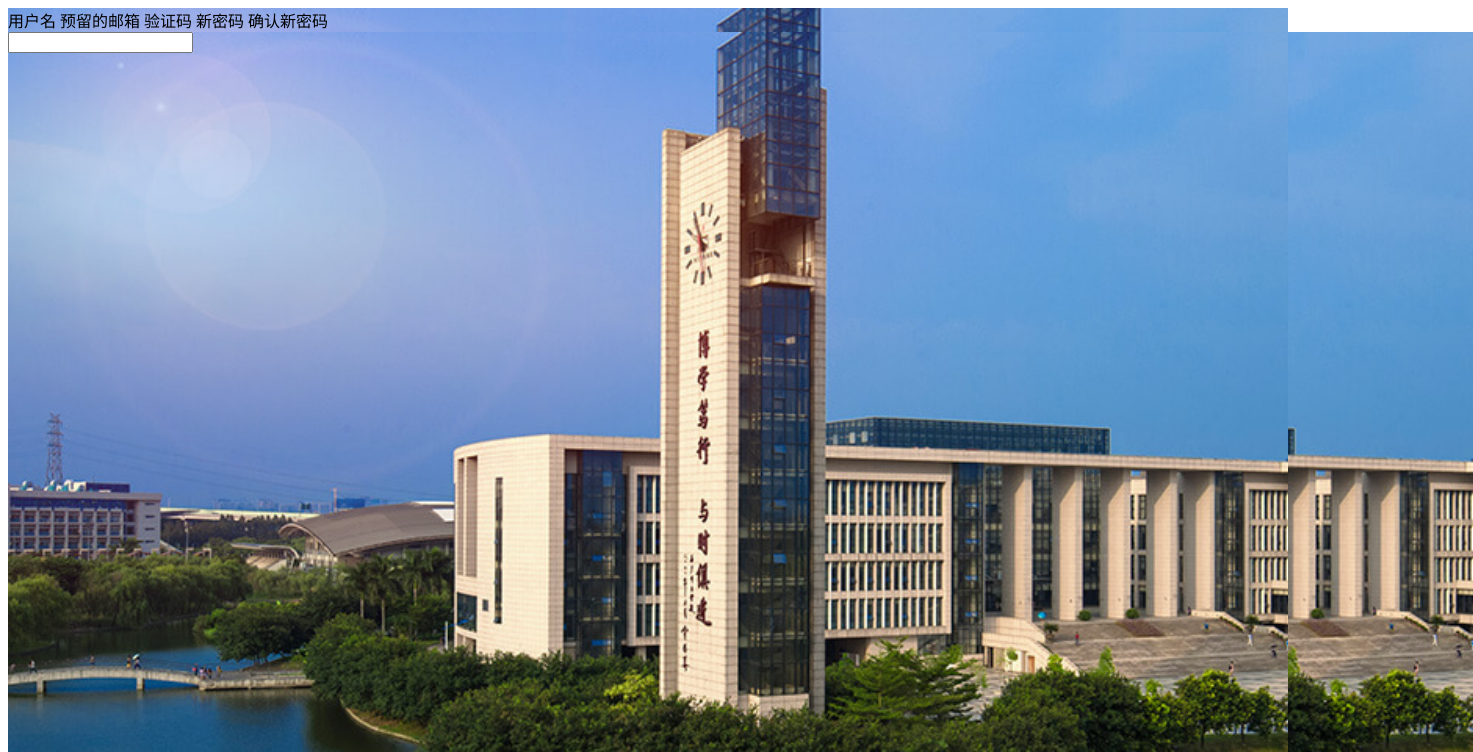
Repository: IAmJiangWenHao/ReportServer
Page: demo.html
An editor plug-in stored every save of this project. The page is shown before and after the next save, followed by the edit.
The browser window is 1280 px wide. The page is 1473 px wide, so the pictures cover 1473 px, including what lies to the right of the window. The pictures show the whole page.

Above is the page before, as saved 2023-05-16 12:29:55.

### demo.html

<!DOCTYPE html>
<html>
  <head>
    <meta http-equiv="Content-Type" content="text/html; charset=UTF-8">
    <title>忘记密码</title>
  </head>
  <body>
    <style>
          div {
      height: 100%;
      width: 100%;
      position: absolute;
      background-image: url('./web/img/gzdx-bg.jpg');
      background-size: cover;
      background-position: center;

    }

    form {
      height: 100%;
    }

    table {
      height: 100%;
      display: flex;
      justify-content: center;
      align-items: center;
    }

    table tbody tr {
      border: 1px solid black;
      margin-bottom: 2px;
      display: flex;
      border-radius: 20px;
      width: auto;
      height: auto;
      padding: 10px;
      font-size: 26px;
      background-color: #fff;
      position: relative;
      justify-content: space-between
    }
    table tbody tr td a{
      color: #000;
      text-decoration:none;
    }
    table tbody tr td input{
      border: 0;
      background-color: #fff;
    }
    </style>

    <div>
      <form action="forgetPass.do" method="post" name="form1" onSubmit="return Check()">
        用户名 <div id="old"><input type="text" name="username" ></div>
        预留的邮箱 <div id="email"><input type="text" name="email" onblur=isEmail(this.value)> <input type="button" id="button" value="获取验证码"></div>
        验证码<div id="emailcode"><input type="text" name="emailCheckcode"  placeholder="输入邮箱中收到的验证码"/></div>
        新密码 <div id="new"><input type="password" id="idnewpass" name="newpass" ><div id="info_newpass" style="color: #ff0000;display:inline;"></div></div>
        确认新密码 <div id="comfirm"><input type="password" id="idconfirmpass" name="confirmpass"></div>
        <input type="hidden" name="index" value="${index}"/>
        <p>
          <input type="submit" id="submit" value="提交">
      </form>
    </div>
    <script>
      //const newpass = document.getElementsByTagName("input")[1];
      const email = document.getElementsByTagName("input")[1];
      function isEmail(strEmail) {
        if (strEmail.search(/^\w+((-\w+)|(\.\w+))*\@[A-Za-z0-9]+((\.|-)[A-Za-z0-9]+)*\.[A-Za-z0-9]+$/) != -1)
          return true;
        else
          alert(email.value + "邮箱格式错误");
      }
      function getAppPath() {
        //获取当前URL
        var curURL = window.document.location.href;
        //获取主机地址之后的路径部分（就是文件地址）
        var pathName = window.document.location.pathname;
        var pos = curURL.indexOf(pathName);
        //获取应用地址
        var host = curURL.substring(0, pos);
        //获取带"/"的应用名，如：/***
        var webAppName = pathName.substring(0, pathName.substr(1).indexOf('/') + 1);
        return host + webAppName;
      }
      //获取button
      const btn = document.getElementById("button");
      //const result=document.getElementById("result");
      //绑定按钮的 click 事件
      btn.onclick = function () {
        if (!isEmail(email.value))
          return false;
        btn.disabled = true;//禁用按钮
        setBTN();
        //1.创建请求对象
        const xhr = new XMLHttpRequest();
        //2.设置请求方法和URL
        xhr.open("post", getAppPath() + "/EmailCheckcodeServlet?email=" + email.value, true);
        //3.发送
        xhr.send();
        //4. 绑定事件 处理服务端返回的结果
        //readystate 是xhr的一个属性，状态 0 1 2 3 4
        xhr.onreadystatechange = function () {
          // 如果服务器端返回了所有的结果
          if (xhr.readyState === 4) {
            //判断响应码 2XX 表示成功
            if (xhr.status >= 200 && xhr.status <= 300) {
              //处理结果
              console.log(xhr.status);//状态码
              console.log(xhr.statusText);//状态字符串
              console.log(xhr.getAllResponseHeaders());//响应头
              console.log(xhr.response);//响应体
              //设置 result 显示的文本内容
              //result.innerHTML=xhr.response;
            } else {
            }
          }
        };
      };
      //修改按钮，控制验证码重新获取
      var time0 = 20;
      var time = time0;
      var t;  // 验证按钮的20s计时
      //修改按钮，控制验证码重新获取
      function changeBTN() {
        if (time > 0) {
          btn.value = "(" + time + "s)" + "重新获取";
          time = time - 1;
        } else {
          btn.disabled = false;
          btn.value = "获取验证码";
          clearInterval(t);
          time = time0;
        }
      }
      function setBTN() {
        btn.value = "(" + time + "s)" + "重新获取";
        time = time - 1;
        t = setInterval("changeBTN()", 1000);  // 1s调用一次
      }

    </script>

    <script>
      const info_newpass = document.getElementById("info_newpass");
      const info_confirm = document.getElementById("info_confirm");
      const newpass = document.getElementById("idnewpass");
      const confirmpass = document.getElementById("idconfirmpass");
      newpass.onfocus = function () {
        info_newpass.innerHTML = "长度6-8位";
      }
      confirmpass.onchange = function () {
        if (confirmpass.value == newpass.value && newpass.value.length >= 4)
          info_confirm.innerHTML = "ok";
        else
        {
          info_confirm.innerHTML = "输入不匹配";
          confirmpass.focus();
        }
      }
      function Check()
      {
        for (var i = 0; i < document.form1.elements.length - 1; i++)
        {
          if (document.form1.elements[i].value == "")
          {
            alert("不允许空！");
            document.form1.elements[i].focus();
            return false;
          }
        }
        if (newpass.value.length < 6)
        {
          alert("密码长度不足！");
          document.getElementsByTagName("input")[1].focus();
          return false;
        }
       // alert(confirmpass.value)
        if (confirmpass.value != newpass.value)
        {
          alert("两次输入不匹配！");
          document.getElementsByTagName("input")[2].focus();
          return false;
        }
        return true;
      }
    </script>
  </body>
</html>

After the next save:
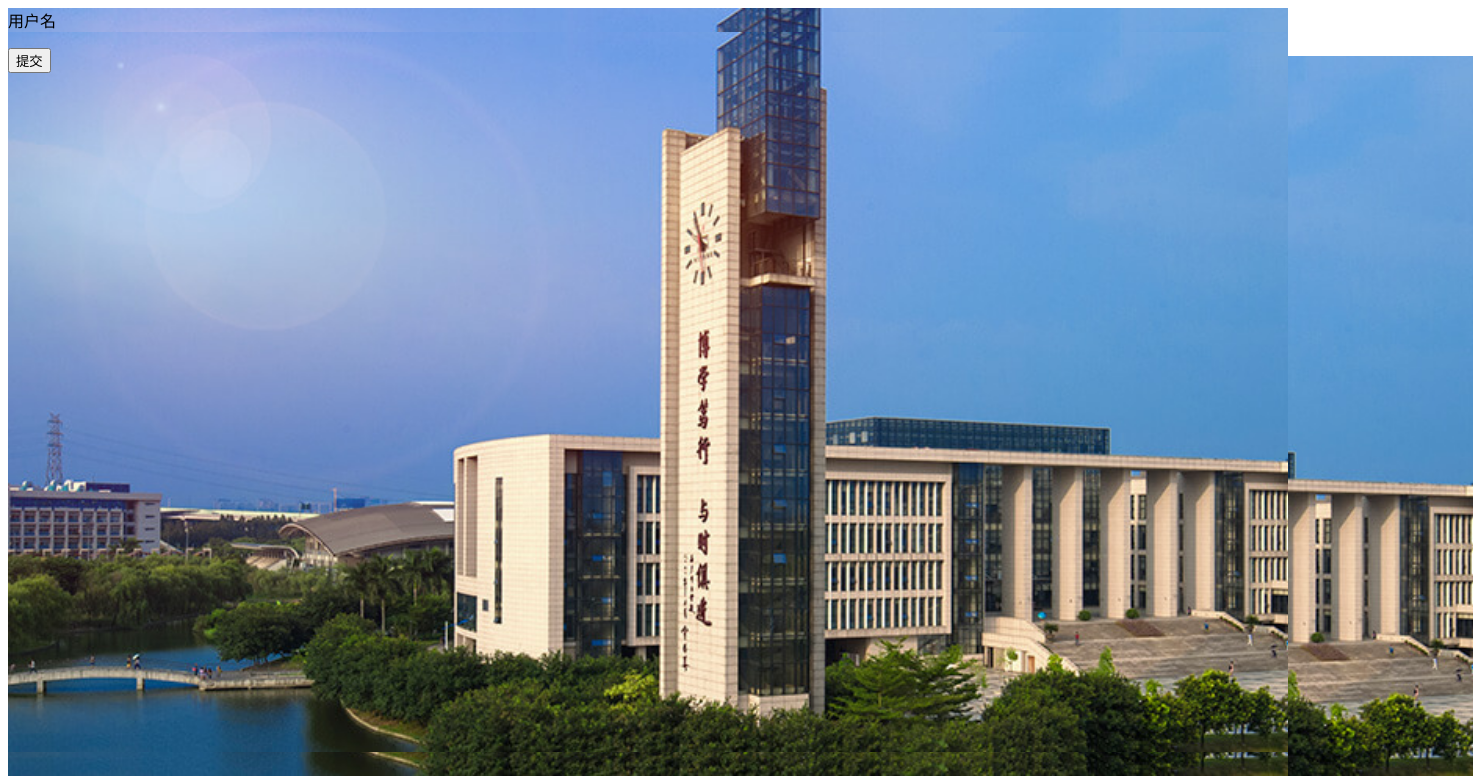
Saved 2 min 19 s later.
--- a/demo.html
+++ b/demo.html
@@ -53,14 +53,14 @@
 
     <div>
       <form action="forgetPass.do" method="post" name="form1" onSubmit="return Check()">
-        用户名 <div id="old"><input type="text" name="username" ></div>
-        预留的邮箱 <div id="email"><input type="text" name="email" onblur=isEmail(this.value)> <input type="button" id="button" value="获取验证码"></div>
-        验证码<div id="emailcode"><input type="text" name="emailCheckcode"  placeholder="输入邮箱中收到的验证码"/></div>
-        新密码 <div id="new"><input type="password" id="idnewpass" name="newpass" ><div id="info_newpass" style="color: #ff0000;display:inline;"></div></div>
-        确认新密码 <div id="comfirm"><input type="password" id="idconfirmpass" name="confirmpass"></div>
-        <input type="hidden" name="index" value="${index}"/>
-        <p>
-          <input type="submit" id="submit" value="提交">
+
+        <div>用户名 <div id="old"><input type="text" name="username" ></div>
+        <div>预留的邮箱 <div id="email"><input type="text" name="email" onblur=isEmail(this.value)> <input type="button" id="button" value="获取验证码"></div></div>
+        <div>验证码<div id="emailcode"><input type="text" name="emailCheckcode"  placeholder="输入邮箱中收到的验证码"/></div></div>
+        <div>新密码 <div id="new"><input type="password" id="idnewpass" name="newpass" ><div id="info_newpass" style="color: #ff0000;display:inline;"></div></div></div>
+        <div>确认新密码 <div id="comfirm"><input type="password" id="idconfirmpass" name="confirmpass"></div></div>
+        <div><input type="hidden" name="index" value="${index}"/></div>
+        <div><p><input type="submit" id="submit" value="提交"></div>
       </form>
     </div>
     <script>
